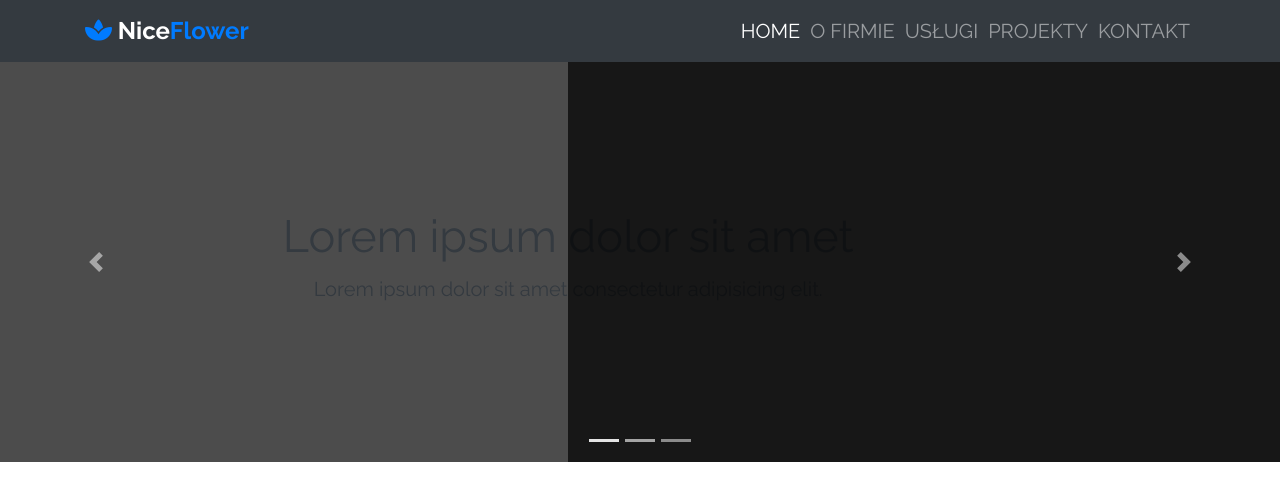
Repository: KrzysKolo/Projekt-13_Kwiaciarnia
Page: index.html
An editor plug-in stored every save of this project. The page is shown before and after the next save, followed by the edit.
The browser window is 1280 px wide. The pictures show the whole page.
Some web libraries are served in a nearby version.

Above is the page before, as saved 2020-08-08 07:43:22.

After the next save:
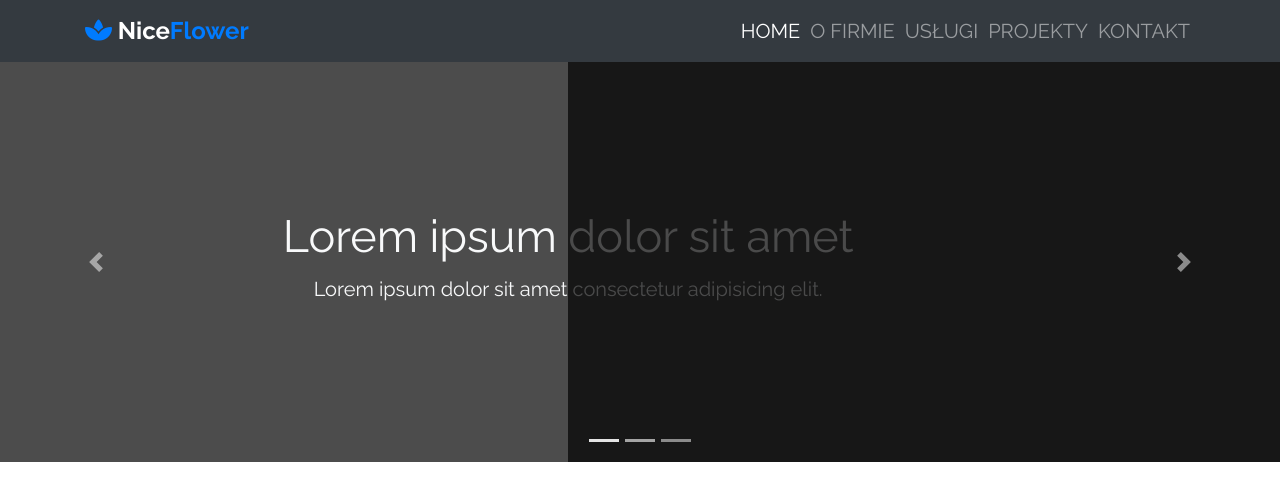
Saved 17 s later.
--- a/index.html
+++ b/index.html
@@ -78,8 +78,8 @@
               class="carousel-text h-100 p-5 d-flex flex-column justyfy-content-end justify-content-md-center align-items-center"
             >
               <div class="hero-shadow"></div>
-              <p class="display-3">Lorem ipsum dolor sit amet</p>
-              <p class="d-none d-sm-block">
+              <p class="display-3 text-light">Lorem ipsum dolor sit amet</p>
+              <p class="d-none d-sm-block text-light">
                 Lorem ipsum dolor sit amet consectetur adipisicing elit.
               </p>
             </div>
